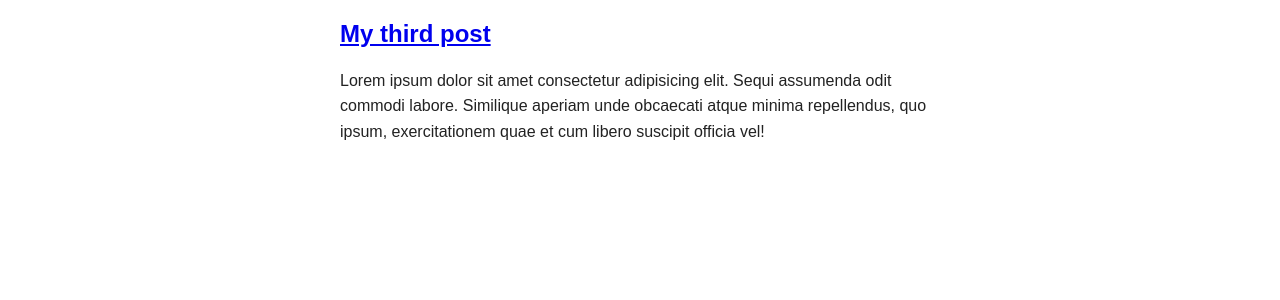
Repository: PiotrMigdal/blogmigdalapp
Page: resources/posts/my-third-post.html
These files come from the project's save history. The page is drawn as it stood at one moment and after the next save; the edit follows.
The browser window is 1280 px wide. The pictures show the whole page.

Above is the page before, as saved 2021-08-28 08:52:21.

After the next save:
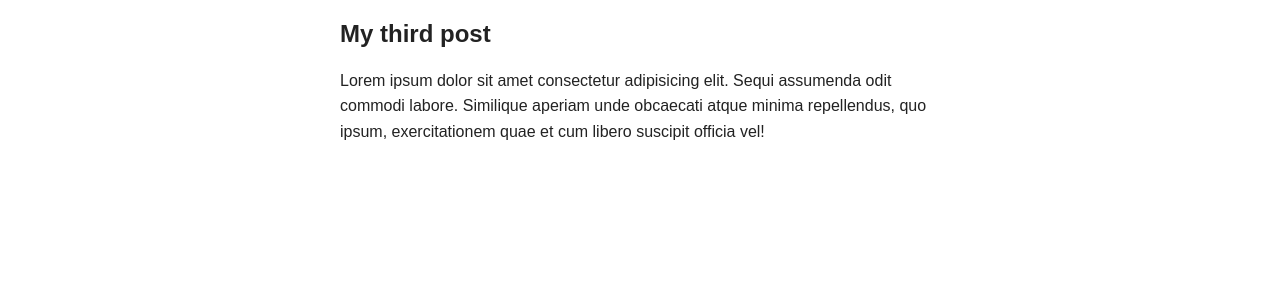
Saved 3 s later.
--- a/resources/posts/my-third-post.html
+++ b/resources/posts/my-third-post.html
@@ -9,7 +9,7 @@
 </head>
 <body>
   <article>
-    <h1><a href='/post'>My third post</a></h1>
+    <h1>My third post</h1>
     <p>Lorem ipsum dolor sit amet consectetur adipisicing elit. Sequi assumenda odit commodi labore. Similique aperiam unde obcaecati atque minima repellendus, quo ipsum, exercitationem quae et cum libero suscipit officia vel!</p>
   </article>
 </body>
